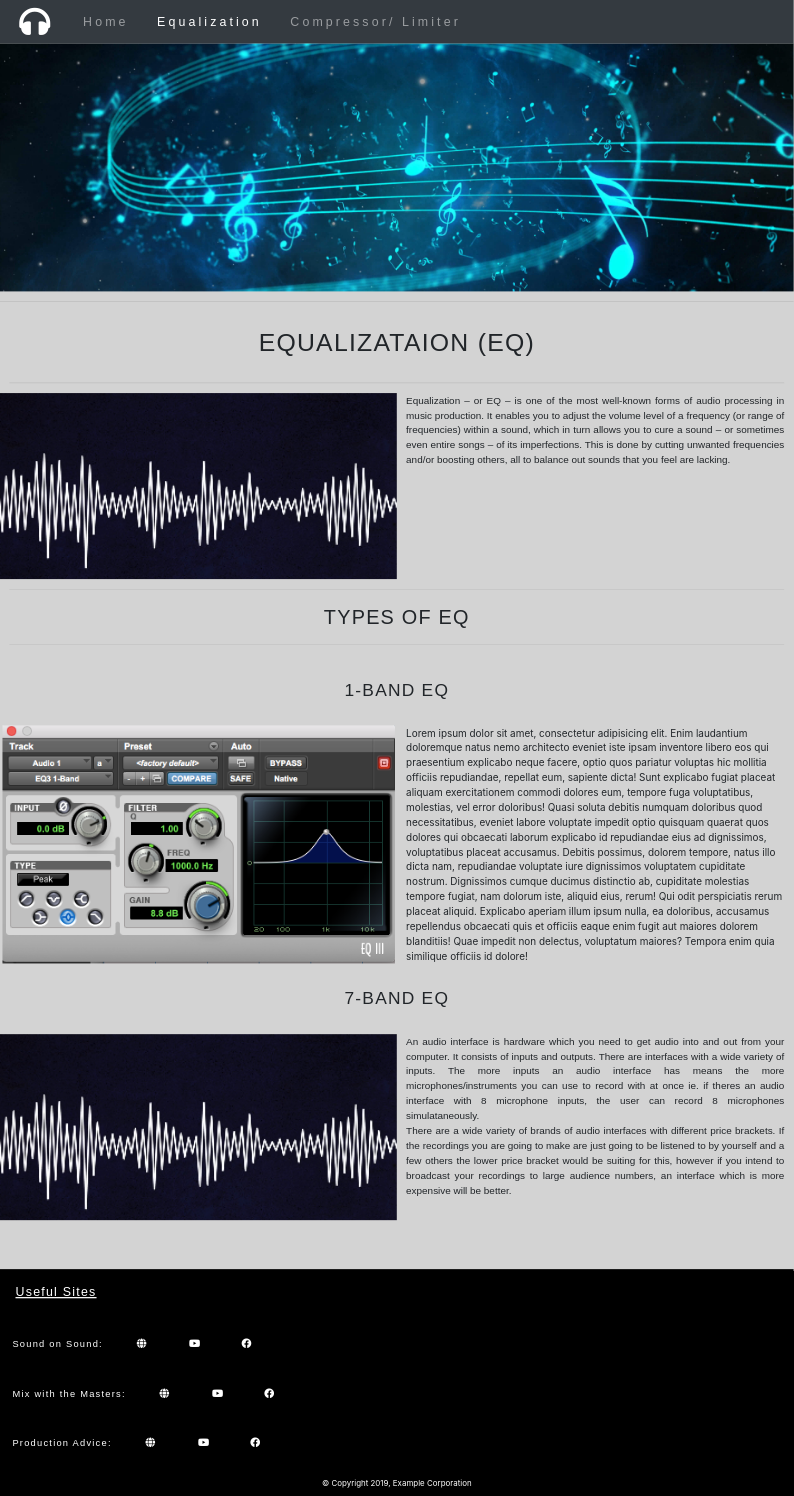
Repository: djjtyn/CIMilestoneProject1
Page: eq.html
The author's editor kept a record of every edit. The page is drawn from the files as they stood at one moment, then again after the next edit.
The browser window is 1280 px wide. The pictures show the whole page, at 62% of full size.
Some web libraries are served in a nearby version.

Above is the page before.
Console error (its wording comes from the project's code and is left out).

### eq.html
<!DOCTYPE html>
<html lang="en">
<head>
    <meta charset="UTF-8">
    <meta name="viewport" content="width=device-width, initial-scale=1.0">
    <meta http-equiv="X-UA-Compatible" content="ie=edge">
    <link rel="stylesheet" href="https://stackpath.bootstrapcdn.com/bootstrap/4.3.1/css/bootstrap.min.css" integrity="sha384-ggOyR0iXCbMQv3Xipma34MD+dH/1fQ784/j6cY/iJTQUOhcWr7x9JvoRxT2MZw1T" crossorigin="anonymous">
    <link href="https://cdnjs.cloudflare.com/ajax/libs/font-awesome/5.9.0/css/all.min.css" rel="stylesheet">
    <link rel="stylesheet" href="css/style.css" type="text/css" />
    <title>Digital Audio Workstation</title>
</head>
<body>
  <nav class="navbar navbar-expand-md navbar-dark bg-dark fixed">
            <div class="nav-brand">
                <i class="fas fa-headphones"></i>
            </div>
            <button class="navbar-toggler" type="button" data-toggle="collapse" data-target="#navbarResponsive" aria-hidden="true">
                <span class="navbar-toggler-icon"></span>
            </button>

            <div class="collapse navbar-collapse" id="navbarResponsive">
                <ul class="navbar-nav mr-auto">
                    <li class="nav-item">
                        <a class="nav-link" href="index.html">Home</a>
                    </li>
                      <li class="nav-item">
                        <a class="nav-link active" href="eq.html">Equalization</a>
                    </li>
                      <li class="nav-item">
                        <a class="nav-link" href="compressor.html">Compressor/ Limiter</a>
                    </li>
                </ul>
            </div>
        </nav> <!--NAVBAR-->

  <div class="no-gutters common-img "></div>                                  <!--COMMON PIC-->

  <hr>
                                                                            <!--MAIN-->
  <section class="container-fluid">
    <div class="row">
      <div class="col-12">
        <h1>EQUALIZATAION (EQ)</h1>
      </div>
    </div>
    <hr>

    <div class="row">
      <div class="col-12 col-md-6 eq"></div>
      <div class="col-12 col-md-6">
        <p>Equalization – or EQ – is one of the most well-known forms of audio processing in music production. It enables you to adjust the volume level of a frequency (or range of frequencies) within a sound, which in turn allows you to cure a sound – or sometimes even entire songs – of its imperfections. This is done by cutting unwanted frequencies and/or boosting others, all to balance out sounds that you feel are lacking.</p>
      </div>
    </div>
    <hr>
    <h2>Types of EQ</h2>
    <hr>

    <div class="row">
      <div class="col-12">
        <h3>1-Band EQ</h3>
      </div>

      <div class="col-12 col-md-6 oneband"></div>
      <div class="col-12 col-md-6">
    Lorem ipsum dolor sit amet, consectetur adipisicing elit. Enim laudantium doloremque natus nemo architecto eveniet iste ipsam inventore libero eos qui praesentium explicabo neque facere, optio quos pariatur voluptas hic mollitia officiis repudiandae, repellat eum, sapiente dicta! Sunt explicabo fugiat placeat aliquam exercitationem commodi dolores eum, tempore fuga voluptatibus, molestias, vel error doloribus! Quasi soluta debitis numquam doloribus quod necessitatibus, eveniet labore voluptate impedit optio quisquam quaerat quos dolores qui obcaecati laborum explicabo id repudiandae eius ad dignissimos, voluptatibus placeat accusamus. Debitis possimus, dolorem tempore, natus illo dicta nam, repudiandae voluptate iure dignissimos voluptatem cupiditate nostrum. Dignissimos cumque ducimus distinctio ab, cupiditate molestias tempore fugiat, nam dolorum iste, aliquid eius, rerum! Qui odit perspiciatis rerum placeat aliquid. Explicabo aperiam illum ipsum nulla, ea doloribus, accusamus repellendus obcaecati quis et officiis eaque enim fugit aut maiores dolorem blanditiis! Quae impedit non delectus, voluptatum maiores? Tempora enim quia similique officiis id dolore!
      </div>
    </div>


    <div class="row">
      <div class="col-12">
        <h3>7-Band EQ</h3>
      </div>
    </div>

    <div class="row int">
      <div class="col-12 col-md-6 eq"></div>
      <div class="col-12 col-md-6">
        <p>An audio interface is hardware which you need to get audio into and out from your computer. It consists of inputs and outputs. There are interfaces with a wide variety of inputs. The more inputs an audio interface has means the more microphones/instruments you can use to record with at once ie. if theres an audio interface with 8 microphone inputs, the user can record 8 microphones simulataneously.<br>
          There are a wide variety of brands of audio interfaces with different price brackets. If the recordings you are going to make are just going to be listened to by yourself and a few others the lower price bracket would be suiting for this, however if you intend to broadcast your recordings to large audience numbers, an interface which is more expensive will be better.</p>
      </div>
    </div>
    </section>



  <footer class="container-fluid links">
    <h5 class="uppercase">Useful Sites</h5>
    <div class="sos">
      <h6>Sound on Sound:</h6>
    <a href="https://www.soundonsound.com/" target="_blank"> <i class="fas fa-globe"></i></a>
    <a href="https://www.youtube.com/channel/UCFw2zGrdiLLAwbNQra1vtnA" target="_blank"><i class="fab fa-youtube"></i></a>
    <a href="https://www.facebook.com/soundonsoundmag/" target="_blank"><i class="fab fa-facebook"></i></a>
    </div>
    <div class="mwthm">
      <h6>Mix with the Masters:</h6>
    <a href="https://mixwiththemasters.com/" target="_blank"><i class="fas fa-globe"></i></a>
    <a href="https://www.youtube.com/user/MixWithTheMASTERS" target="_blank"><i class="fab fa-youtube"></i></a>
      <a href="https://www.facebook.com/MixWithTheMasters/" target="_blank"><i class="fab fa-facebook"></i></a>
    </div>
     <div class="pa">
      <h6>Production Advice:</h6>
    <a href="https://productionadvice.co.uk/" target="_blank"><i class="fas fa-globe"></i></a>
    <a href="https://www.youtube.com/channel/UCMFrnWIF6N5YtOZzmCGP16A" target="_blank"><i class="fab fa-youtube"></i></a>
     <a href="https://www.facebook.com/ProductionAdvice/" target="_blank"><i class="fab fa-facebook"></i></a>
    </div>

    <div class="copy">
      <small>&copy; Copyright 2019, Example Corporation</small>
    </div>




    </footer>

</body>
<script src="https://cdnjs.cloudflare.com/ajax/libs/jquery/3.2.1/jquery.min.js"></script>
<script src="https://cdnjs.cloudflare.com/ajax/libs/twitter-bootstrap/4.0.0-alpha.6/js/bootstrap.min.js"></script>
</html>

### css/style.css
h1, h2, h3 {
    text-align: center;
    font-family: Arial;
    padding: 5;
    margin:2%;
    letter-spacing: 2px;
    text-transform: uppercase;
}

h3{
    padding: 15px;
}

p{
    text-align: justify;
    font-family: Arial;
}


/*-------------------------------------------------NAVBAR---*/

nav{
    height: 70px;
    font-size: 20px;
    color: #fff;
}

.fa-headphones{
    padding-left: 15px;
    padding-right:15px;
    margin-right: 15px;
    font-size: 50px;
}

nav ul li {
    padding:15px;
    font-family: Arial;
    letter-spacing: 5px;}

/*-------------------------------------------------COMMON IMG---*/
.common-img {
    height: 400px;
    width: 100%;
    background-image: url("../images/bg.jpg");
    background-size: cover;
    background-repeat: no-repeat;
    background-position: center;
   width: 100%;
   }


/*-------------------------------------------------MAIN---*/
h1, h2, h3 {
    text-align: center;
}

body{
    background-color: #d3d3d3;
}

.pro-tools, .ableton, .audacity, .audition {
    display: inline-block;
    padding: 2%;
}

.icons {
    text-align: center;}


/*-------------------------------------------------Requirements--*/
.comp h3{
    margin-bottom:35px;
    margin-top:0;
}

.comp ul {
    text-align:center;
    padding:15px;
}



.comp .fa-apple-alt{
    padding:10px;
}

.computer {
    width: 356px;
    height: 300px;
    background-image: url("../images/computer.jpg");
    background-size: contain;
    background-repeat: no-repeat;
    }




.interface{
    background-image: url("../images/interface.jpg");
     height: 300px;
     width:100%;
    background-size: contain;
    background-repeat: no-repeat;}

.microphone{
    background-image: url("../images/microphones.png");
     height: 300px;
    background-size: contain;
    background-repeat: no-repeat;
    background-position:center;

}

.comp, .mic, .int{
    margin-bottom:15px;
   }

ul{
    list-style: none;
    letter-spacing: 2px;
}


/*-------------------------------------------------FOOTER---*/


footer {
    background-color: #000;
    margin-top:5%;


}

h5 {
    font-family: Arial;
    color: #fff;
    letter-spacing: 2px;
    text-decoration: underline;
    font-weight: 300;
    padding: 15px;
    margin: 5;
}

h6 {
    font-family: Arial;
    letter-spacing: 2px;
    color: white;
    font-size: 15px;
}

.links a, .links, h6 {
    display: inline-block;
    padding: 10px;}

footer i {
    height: 30px;
    width: 20px;
    color: #fff;
    padding: 15px;
    margin: 15px;
    transition-timing-function: ease-in-out;
    transition-duration: .5s;
}

.copy{
    color: #fff;
    text-align: center;
    margin-top: 20px;
}

footer i:hover {
  color: red;
}

 /*-------------------------------------------------EQ---*/
 .eq{
     background-image: url("../images/EQ.png");
     background-size: cover;
     background-repeat: no-repeat;
     height: 300px;
     width:100%;
 }

 .oneband {
     background-image: url("../images/1band.png");
     background-size: contain;
     background-repeat: no-repeat;
     background-position: center;
     width:100%;
 }

 .sevenband{
     background-image: url("../images/7band.jpg");
     width:100%
     background-size: contain;
     background-repeat: no-repeat;
     background-position: center;


 }

After the next edit:
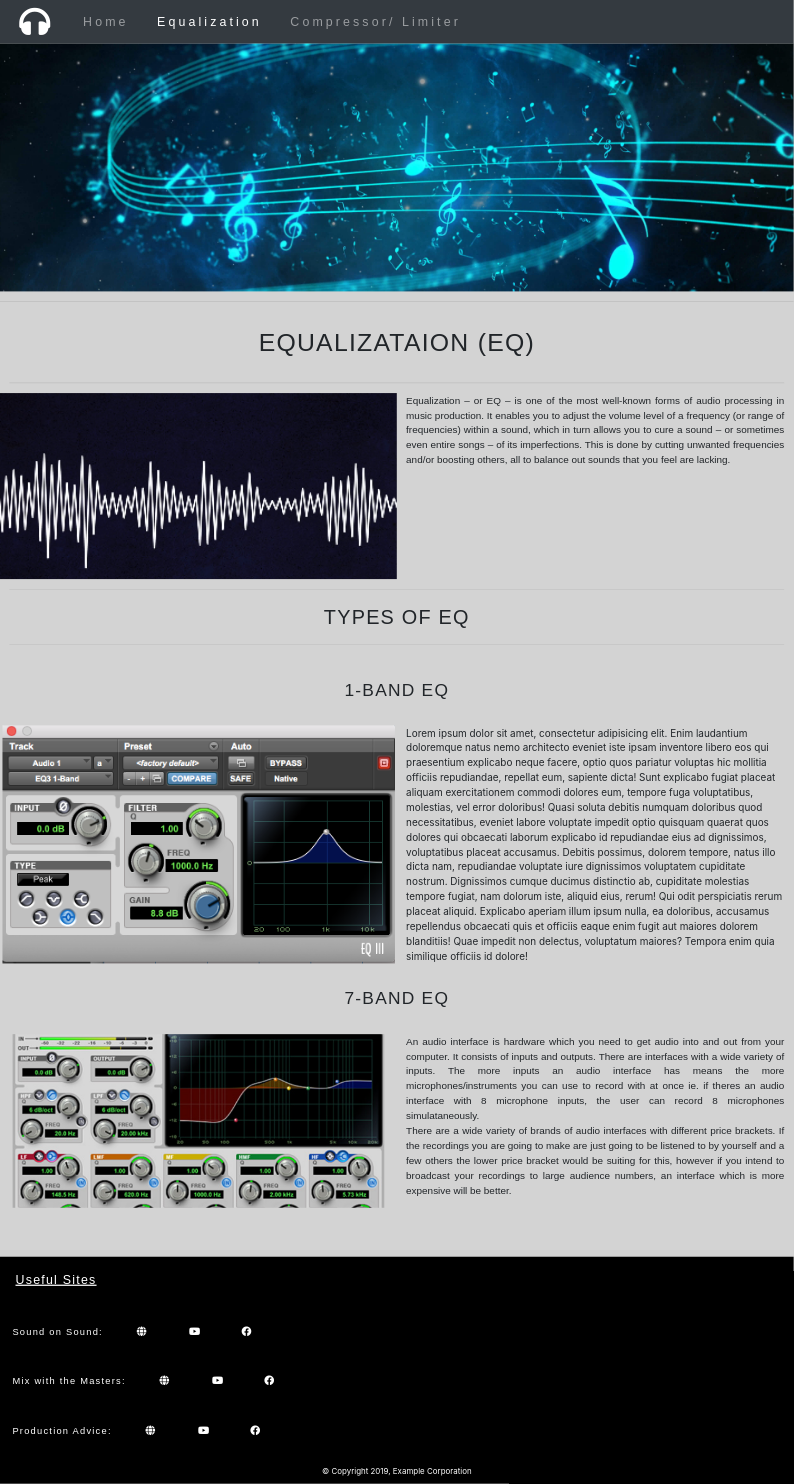
The edit:
--- a/eq.html
+++ b/eq.html
@@ -74,7 +74,7 @@
     </div>
 
     <div class="row int">
-      <div class="col-12 col-md-6 eq"></div>
+      <div class="col-12 col-md-6 sevenband"></div>
       <div class="col-12 col-md-6">
         <p>An audio interface is hardware which you need to get audio into and out from your computer. It consists of inputs and outputs. There are interfaces with a wide variety of inputs. The more inputs an audio interface has means the more microphones/instruments you can use to record with at once ie. if theres an audio interface with 8 microphone inputs, the user can record 8 microphones simulataneously.<br>
           There are a wide variety of brands of audio interfaces with different price brackets. If the recordings you are going to make are just going to be listened to by yourself and a few others the lower price bracket would be suiting for this, however if you intend to broadcast your recordings to large audience numbers, an interface which is more expensive will be better.</p>
